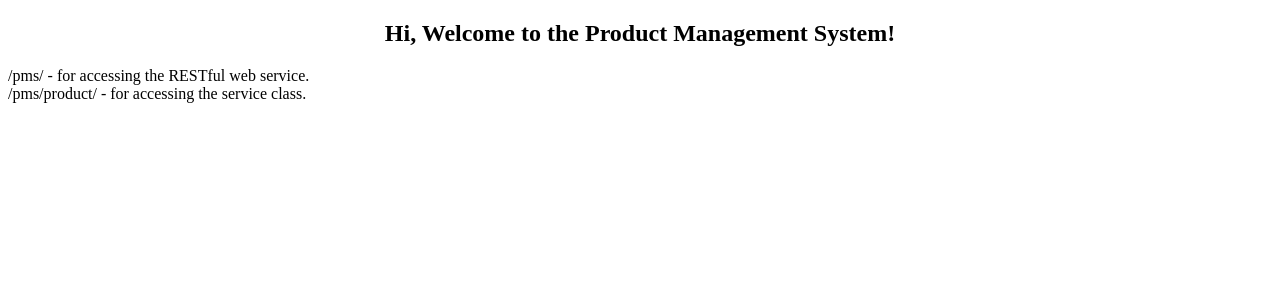
Repository: kanuwana/JavaWorkspace
Page: Product_Management_System/WebContent/index.html
These files come from the project's save history. The page is drawn as it stood at one moment and after the next save; the edit follows.
The browser window is 1280 px wide. The pictures show the whole page.

Above is the page before, as saved 2013-10-27 18:28:55.

### Product_Management_System/WebContent/index.html
<!DOCTYPE html>
<html>
<head>
<meta charset="ISO-8859-1">
<title>Product Management System</title>
</head>
<body>
<div align="center"><h2>Hi, Welcome to the Product Management System!</h2></div>
<div align="left">/pms/ - for accessing the RESTful web service.<br/>
/pms/product/ - for accessing the service class.
</div>
</body>
</html>

After the next save:
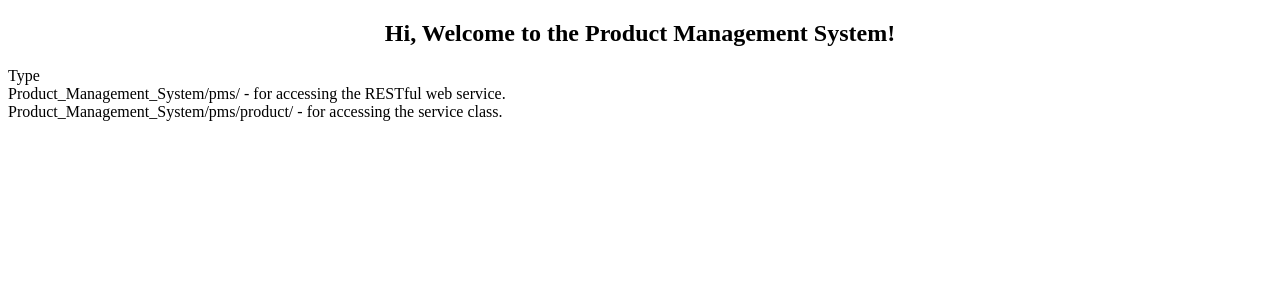
Saved 43 s later.
--- a/Product_Management_System/WebContent/index.html
+++ b/Product_Management_System/WebContent/index.html
@@ -6,8 +6,9 @@
 </head>
 <body>
 <div align="center"><h2>Hi, Welcome to the Product Management System!</h2></div>
-<div align="left">/pms/ - for accessing the RESTful web service.<br/>
-/pms/product/ - for accessing the service class.
+<div align="left">Type <br/>
+Product_Management_System/pms/ - for accessing the RESTful web service.<br/>
+Product_Management_System/pms/product/ - for accessing the service class.
 </div>
 </body>
 </html>
